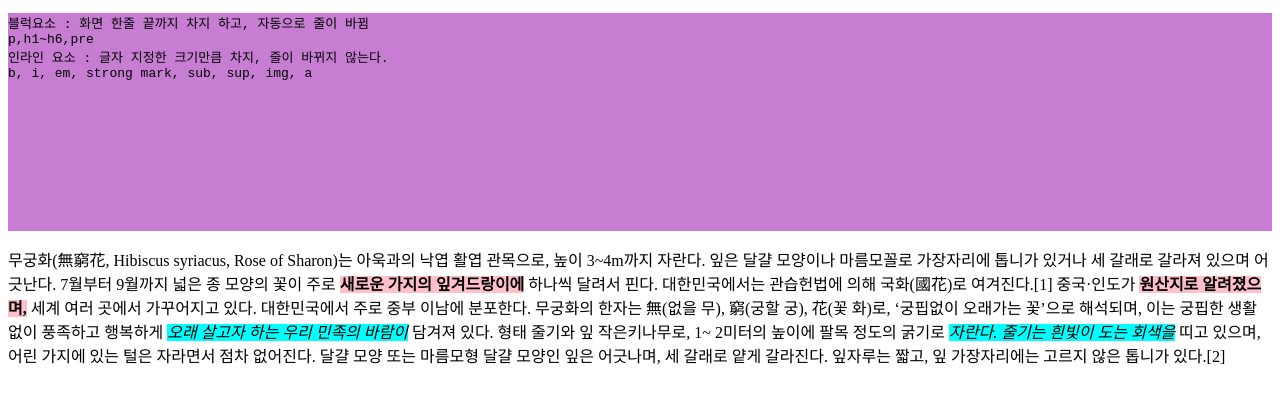
Repository: sH1222J/SH_DDit_WEB_study
Page: workspace/webpro/src/main/webapp/0304/텍스트서식.html
An editor plug-in stored every save of this project. The page is shown before and after the next save, followed by the edit.
The browser window is 1280 px wide. The pictures show the whole page.

Above is the page before, as saved 2025-03-04 03:27:15.

After the next save:
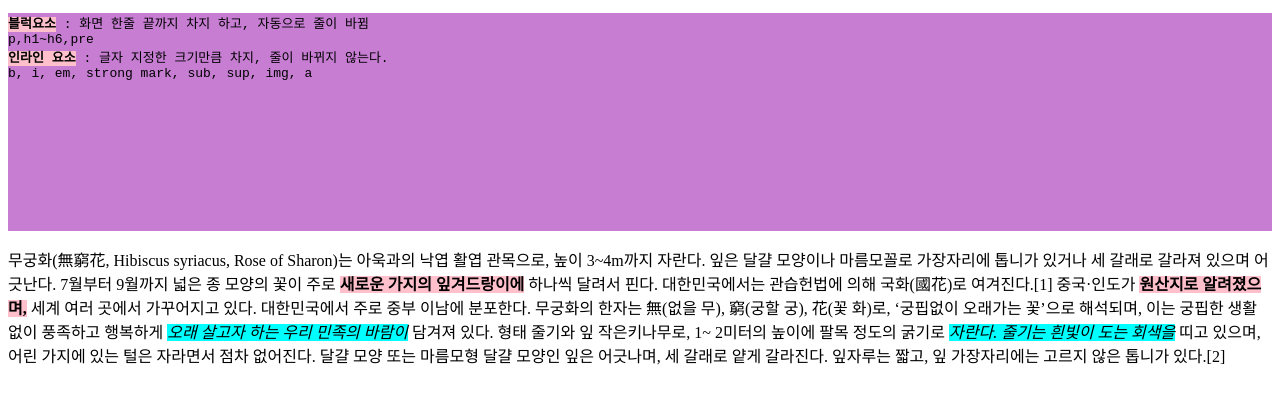
Saved 40 s later.
--- a/workspace/webpro/src/main/webapp/0304/텍스트서식.html
+++ b/workspace/webpro/src/main/webapp/0304/텍스트서식.html
@@ -22,9 +22,9 @@ pre {
 <body>
 
 	<pre>
-블럭요소 : 화면 한줄 끝까지 차지 하고, 자동으로 줄이 바뀜
+<b>블럭요소</b> : 화면 한줄 끝까지 차지 하고, 자동으로 줄이 바뀜
 p,h1~h6,pre
-인라인 요소 : 글자 지정한 크기만큼 차지, 줄이 바뀌지 않는다.
+<b>인라인 요소</b> : 글자 지정한 크기만큼 차지, 줄이 바뀌지 않는다.
 b, i, em, strong mark, sub, sup, img, a
 
 
